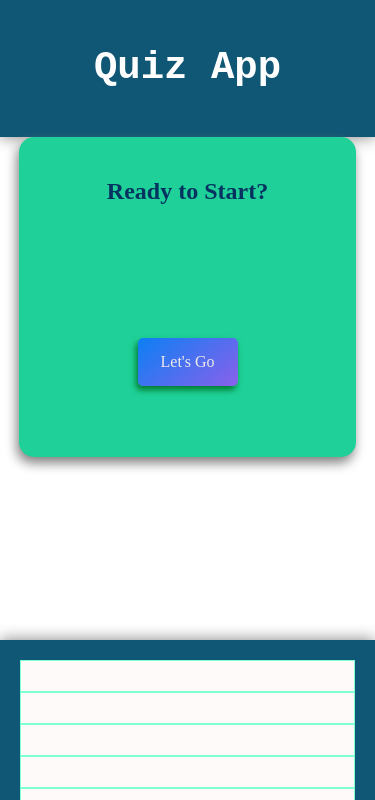
Repository: tpic12/quiz_app
Page: index.html
The author's editor kept a copy of each file at every save. The page is drawn from the files as they stood at one save, then again after the next save.
The browser window is 375 px wide. The pictures show the whole page.

Above is the page before, as saved 2019-12-28 15:32:44.

After the next save:
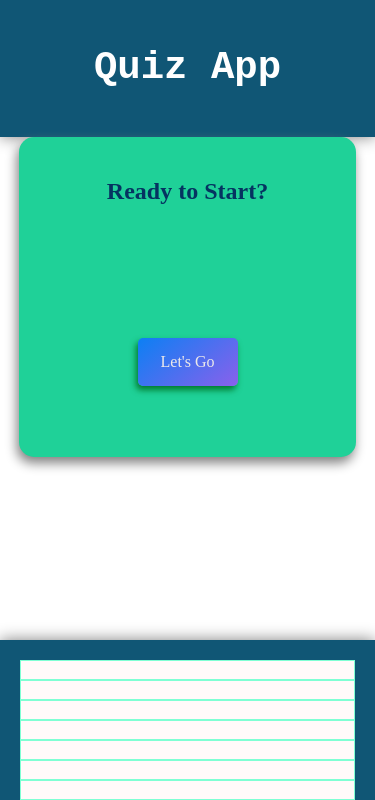
Saved 29 s later.
--- a/app.css
+++ b/app.css
@@ -179,7 +179,8 @@ h1 {
 
   .count {
     width: 100%;
-    height: 25px;
+    padding: 2px;
+    height: 20px;
     border: 1px solid aquamarine;
     border-radius: 0;
     -webkit-border-radius: 0;
